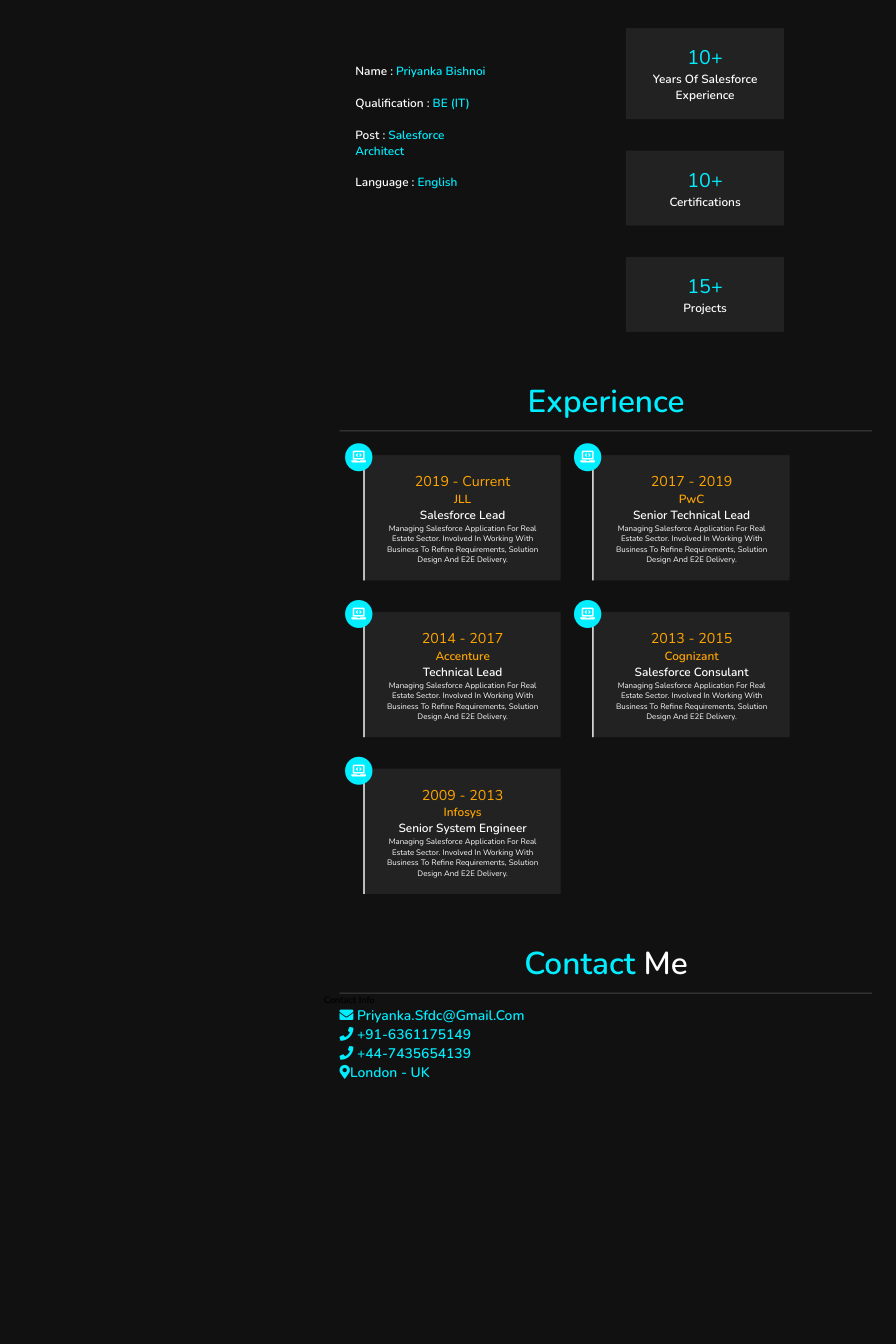
Repository: priyanka-bishnoi/PortfolioPage
Page: MyPage.html
The author's editor kept a copy of each file at every save. The page is drawn from the files as they stood at one save, then again after the next save.
The browser window is 1280 px wide. The pictures show the part of the page from y = 963 to 2883 px (the page is 3006 px tall), at 70% of full size.

Above is the page before, as saved 2022-10-09 15:42:21.

After the next save:
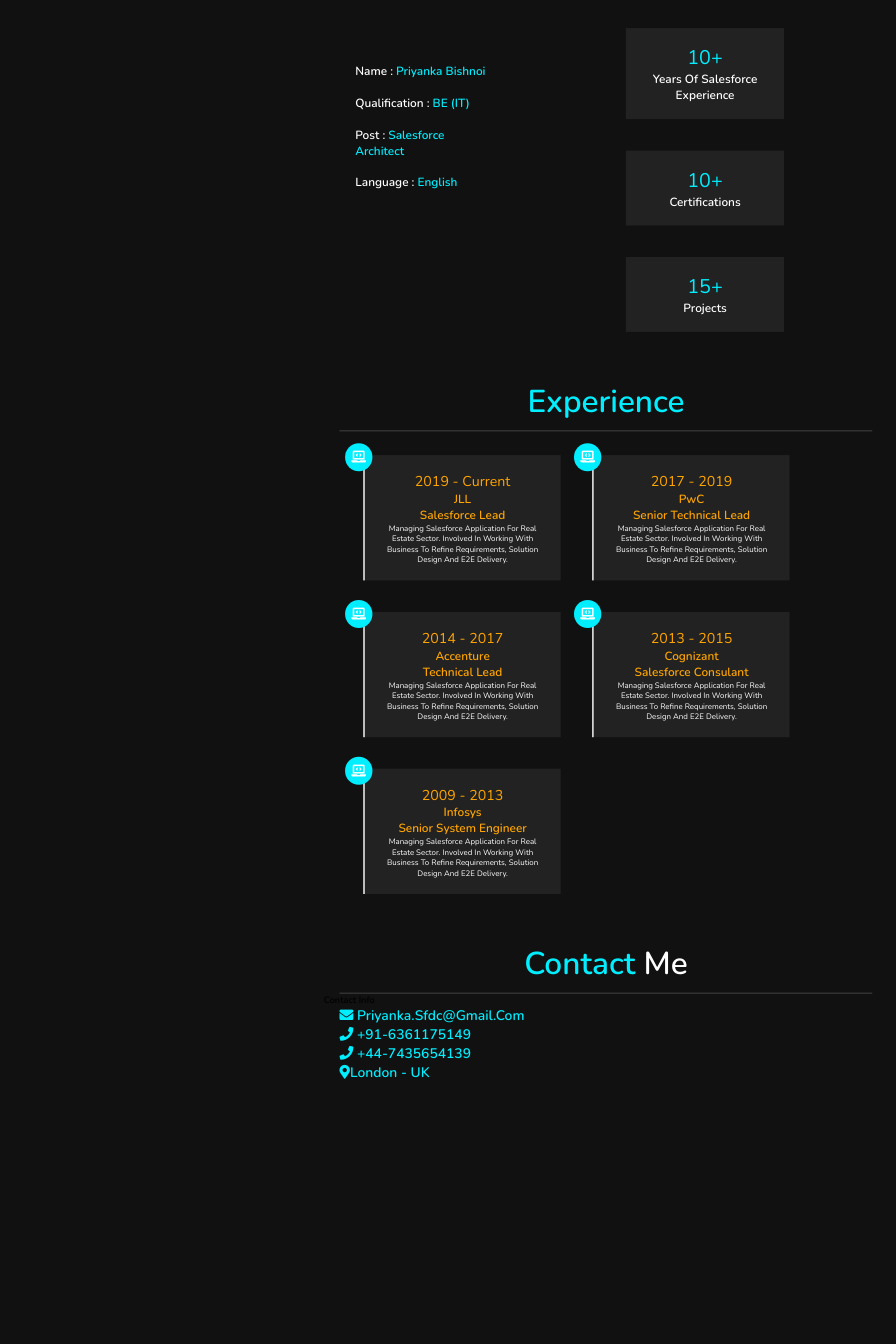
Saved 12 s later.
--- a/css/style.css
+++ b/css/style.css
@@ -247,7 +247,7 @@ header .navBar ul li a:hover{
 
     text-align: center;
     font-size: 1.5rem;
-    color:white;
+    color:orange;
 }
 
 .contact .row .content .info {
